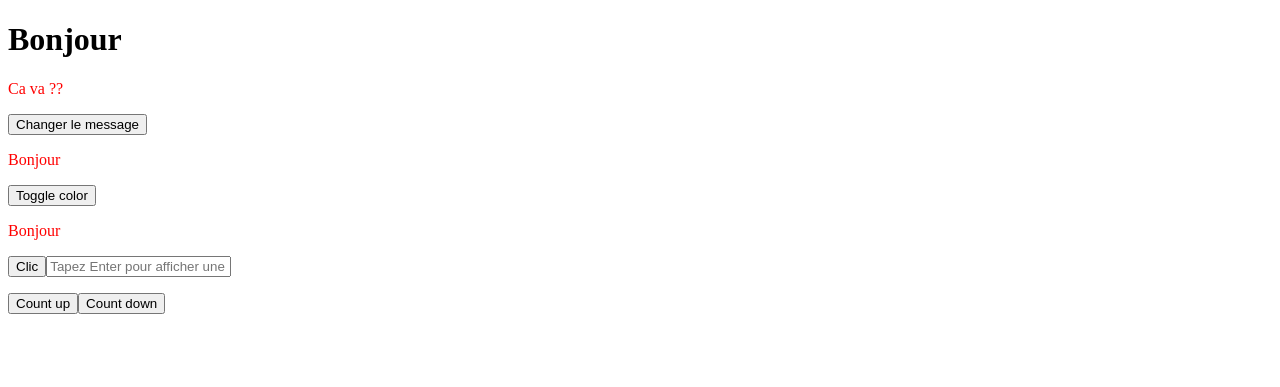
Repository: Aqui05/todo-vue
Page: /
An editor plug-in stored every save of this project. The page is shown before and after the next save, followed by the edit.
The browser window is 1280 px wide. The pictures show the whole page.
The project was rebuilt for these pictures with package versions that can differ from the ones it lists, and the page was loaded fresh each time. Also part of the build but not shown: vue.config.js.

Above is the page before, as saved 2024-10-31 16:18:55.

After the next save:
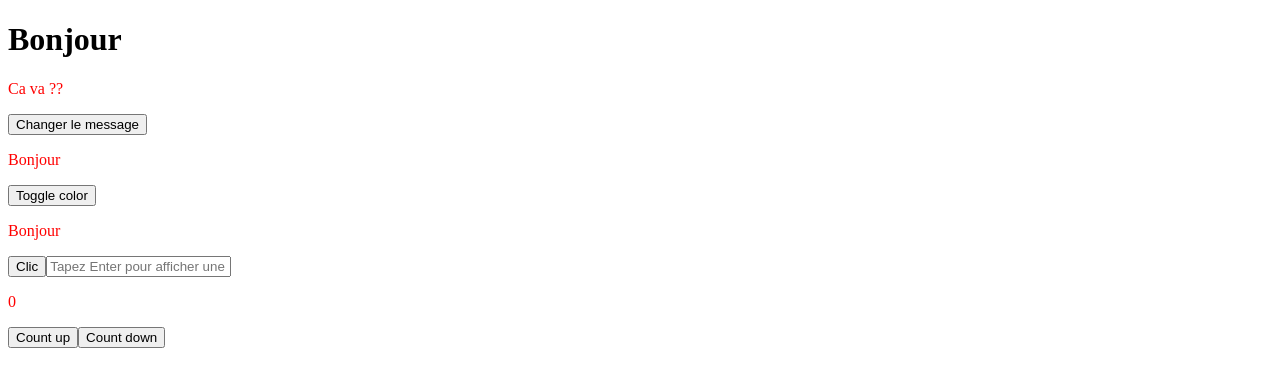
Saved 88 s later.
--- a/src/App.vue
+++ b/src/App.vue
@@ -20,18 +20,22 @@
 <script setup>
 const message = "Bonjour";
 
-function toggleColor() {
-  document.body.style.backgroundColor =
-    document.body.style.backgroundColor === "white" ? "black" : "white";
-}
-function handleClick() {
-  alert("Clic !");
-}
-function handleKeydown(event) {
-  if (event.key === "Enter") {
-    alert("Enter pressé!");
-  }
-}
+import { ref } from "vue";
+
+const color = ref("red");
+const toggleColor = () => {
+  color.value = color.value === "red" ? "blue" : "red";
+};
+
+const handleClick = () => {
+  alert("Vous avez cliqué sur le bouton");
+};
+
+const handleKeydown = () => {
+  alert("Vous avez appuyé sur la touche Enter");
+};
+
+const count = ref(0);
 </script>
 
 <style>
